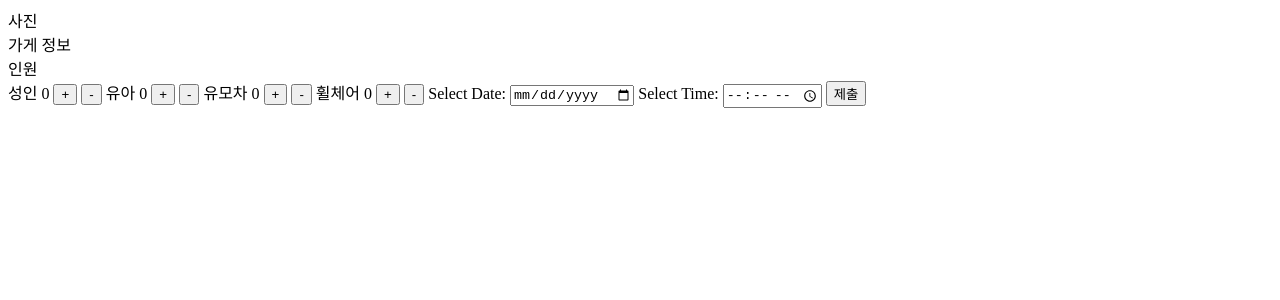
Repository: MeGuuuun/-_TableJava
Page: http://localhost/kimbanbagi/book.jsp
These files come from the project's save history. The page is drawn as it stood at one moment and after the next save; the edit follows.
The browser window is 1280 px wide. The pictures show the whole page.
The page is served by Tomcat 10.

Above is the page before, as saved 2024-06-03 01:50:54.

After the next save:
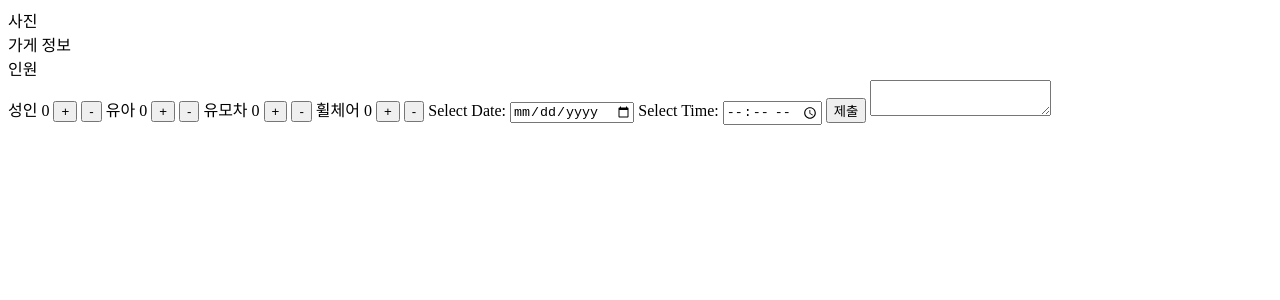
Saved 3 min 24 s later.
--- a/tableJava/kimbanbagi/WebContent/book.jsp
+++ b/tableJava/kimbanbagi/WebContent/book.jsp
@@ -45,6 +45,8 @@
 			<label for="timeInput">Select Time:</label>
 			<input type="time" id="timeInput" name="timeValue">
     		<button type="submit" id="submitBtn">제출</button>
+
+    		<textarea name="requirement" value="요청사항"></textarea>
 		</div>
 		<script>
 			$(document).ready(function() {
